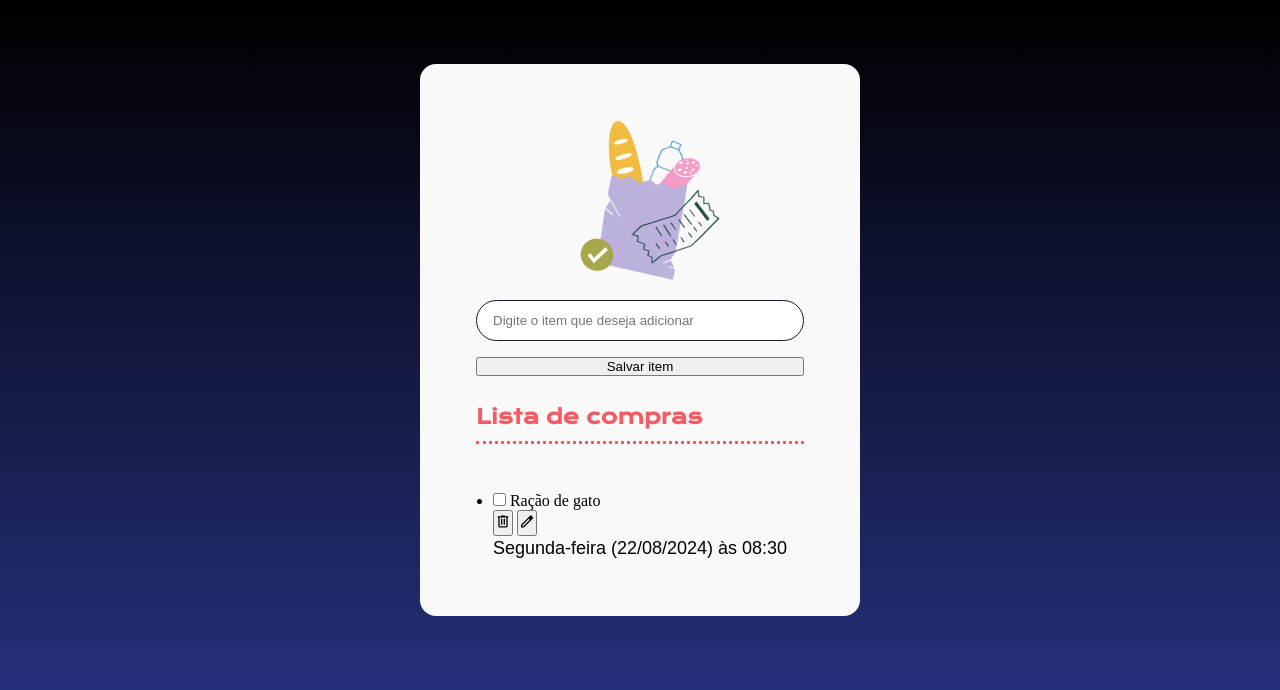
Repository: joaoPraiaJunior/compras_js
Page: index.html
These files come from the project's save history. The page is drawn as it stood at one moment and after the next save; the edit follows.
The browser window is 1280 px wide. The pictures show the whole page.
Some web fonts or font styles are not loaded; a fallback is used.

Above is the page before, as saved 2024-08-22 21:01:46.

### index.html
<!DOCTYPE html>
<html lang="pt-BR" dir="ltr">

<head>
    <meta charset="UTF-8">
    <meta name="viewport" content="width=device-width, initial-scale=1.0">
    <meta name="description" content="Lista de compras">
    <title>Lista de Compras</title>
    <link rel="preconnect" href="https://fonts.googleapis.com">
    <link rel="preconnect" href="https://fonts.gstatic.com" crossorigin>
    <link href="https://fonts.googleapis.com/css2?family=Krona+One&family=Montserrat&family=Numans&display=swap" rel="stylesheet">
    <link rel="stylesheet" href="./css/styles.css">
</head>

<body>
    <header>
        <img src="./img/bag.png" alt="sacola de compras">
    </header>
    <main>
        <form class="busca">
            <input class="busca__campo" type="search" name="busca" placeholder="Digite o item que deseja adicionar">
            <button class="busca__botao">Salvar item</button>
        </form>
        <h1>Lista de compras</h1>
        <hr>

        <ul>
            <li>
                <div>
                    <div>
                        <input type="checkbox" name="produto" id="racao_de_gato">
                        <label for="racao_de_gato">Ração de gato</label>
                    </div>
                    <div>
                        <button><img src="./img/delete.svg" alt="Deletar"></button>
                        <button><img src="./img/edit.svg" alt="Editar"></button>
                    </div>
                </div>
                <p>Segunda-feira (<time datetime="2024-08-22">22/08/2024</time>) às <time>08:30</time></p>
            </li>
        </ul>
    </main>
</body>

</html>

### css/styles.css
* {
    box-sizing: border-box;
    margin: 0;
    padding: 0;
}

html {
    font-size: 62.5%;
}

:root {
    --cor-primaria: #F55B64;
    --cor-secundaria: #C2373F;
    --neutro: #F9F9F9;
    --preto: #131730;
    --fonte-titulo: "Krona One", sans-serif;
    --fonte-texto: 'Numans', sans-serif;
    --degrade-azul: linear-gradient(180deg, #000000 0%, #26327F 100%);
}

body {
    display: flex;
    flex-direction: column;
    align-items: center;
    background: var(--degrade-azul);
    background-repeat: no-repeat;
    font-size: 1.6rem;
    height: 100vh;
}

header {
    text-align: center;
    margin-top: 6.4rem;
    background-color: var(--neutro);
    border-radius: 1.6rem 1.6rem 0 0;
    padding: 5.6rem 5.6rem 1.6rem 5.6rem;
    width: 44.0rem;

}

main {
    display: flex;
    flex-direction: column;
    align-items: center;
    gap: 2.4rem;
    background-color: var(--neutro);
    border-radius: 0 0 1.6rem 1.6rem;
    padding: 0 5.6rem 5.6rem 5.6rem;
    width: 44.0rem;
}

h1 {
    align-self: flex-start;
    font-family: var(--fonte-titulo);
    font-size: 2.0rem;
    color: var(--cor-primaria);
    line-height: 3.3rem;
}

hr {
    border: none;
    border-bottom: .3rem dotted var(--cor-primaria);
    margin-bottom: 2.4rem;
    width: 100%;
}

hr:empty {
    margin-top: calc(1.6rem * -1);
}

p {
    font-family: var(--fonte-texto);
    font-size: 1.8rem;
    font-weight: 400;
    text-align: left;
    line-height: 2.4rem;
}


.busca {
    display: flex;
    flex-direction: column;
    gap: 1.6rem;
    width: 100%;
}

.busca__campo {
    border: .1rem solid var(--preto);
    border-radius: 2.4rem;
    padding: 1.2rem 1.6rem;
}

After the next save:
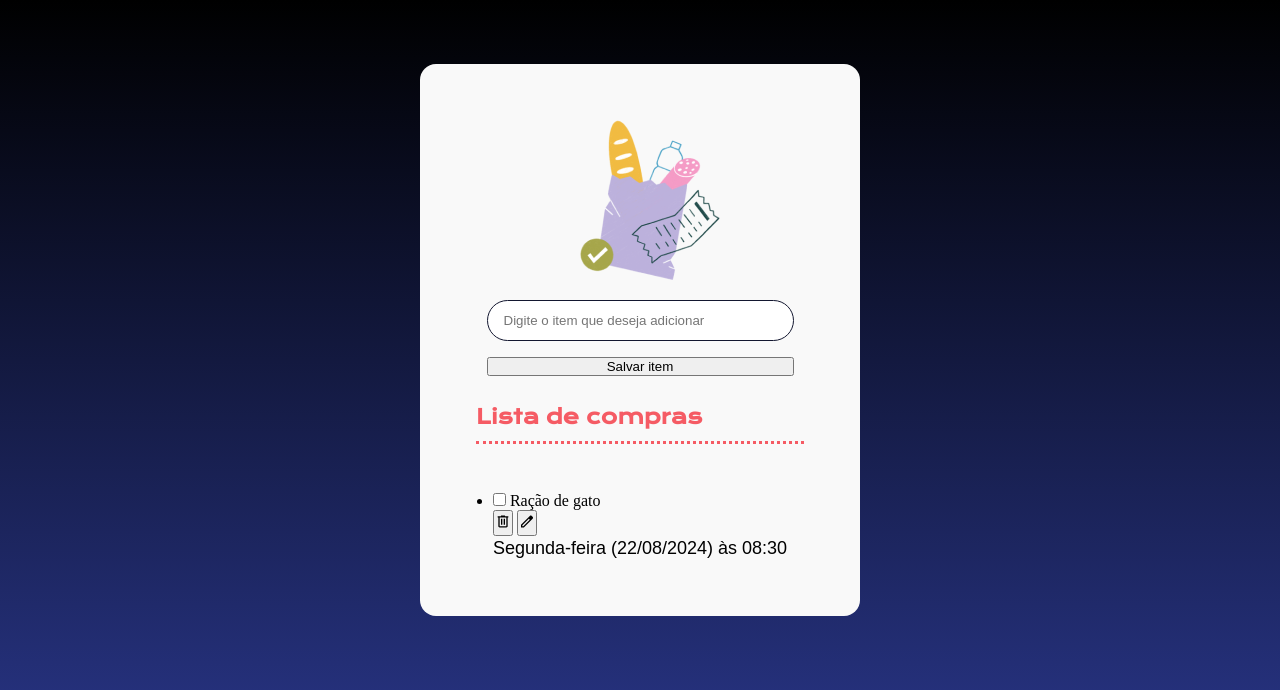
Saved 25 s later.
--- a/css/styles.css
+++ b/css/styles.css
@@ -81,7 +81,7 @@ p {
     display: flex;
     flex-direction: column;
     gap: 1.6rem;
-    width: 100%;
+    width: 30.7rem
 }
 
 .busca__campo {

After the save that followed:
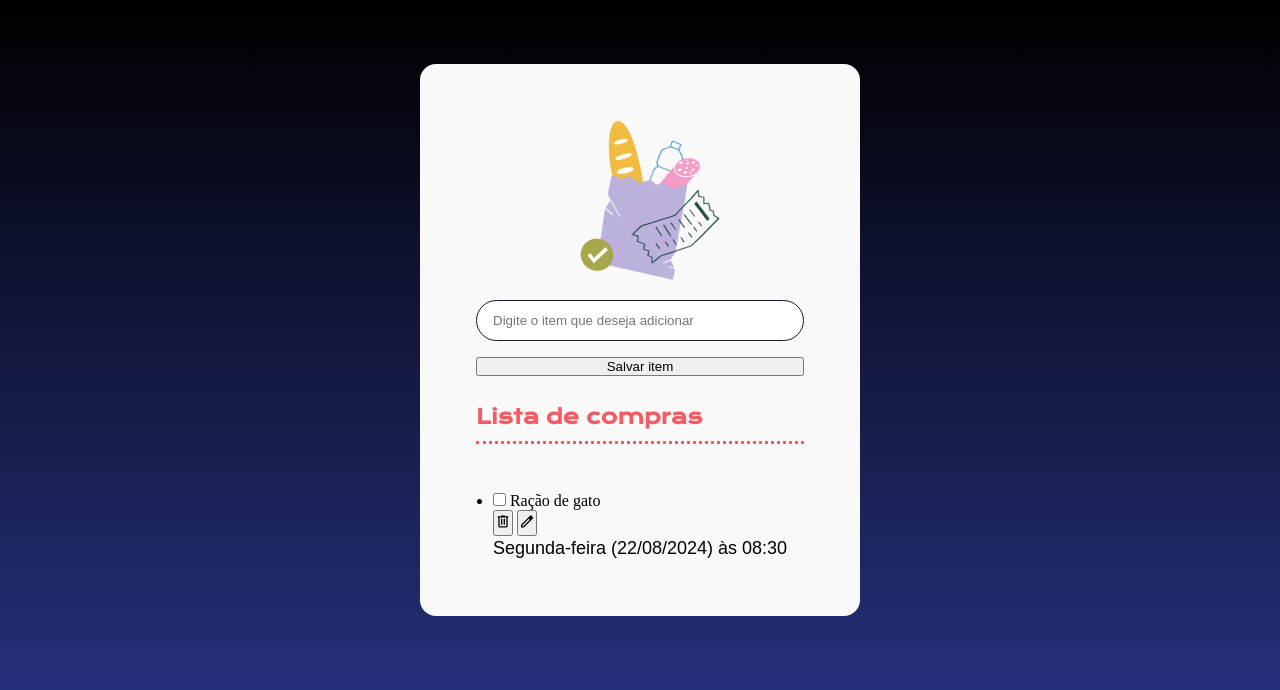
Saved 7 s later.
--- a/css/styles.css
+++ b/css/styles.css
@@ -81,7 +81,7 @@ p {
     display: flex;
     flex-direction: column;
     gap: 1.6rem;
-    width: 30.7rem
+    width: 100%;
 }
 
 .busca__campo {
